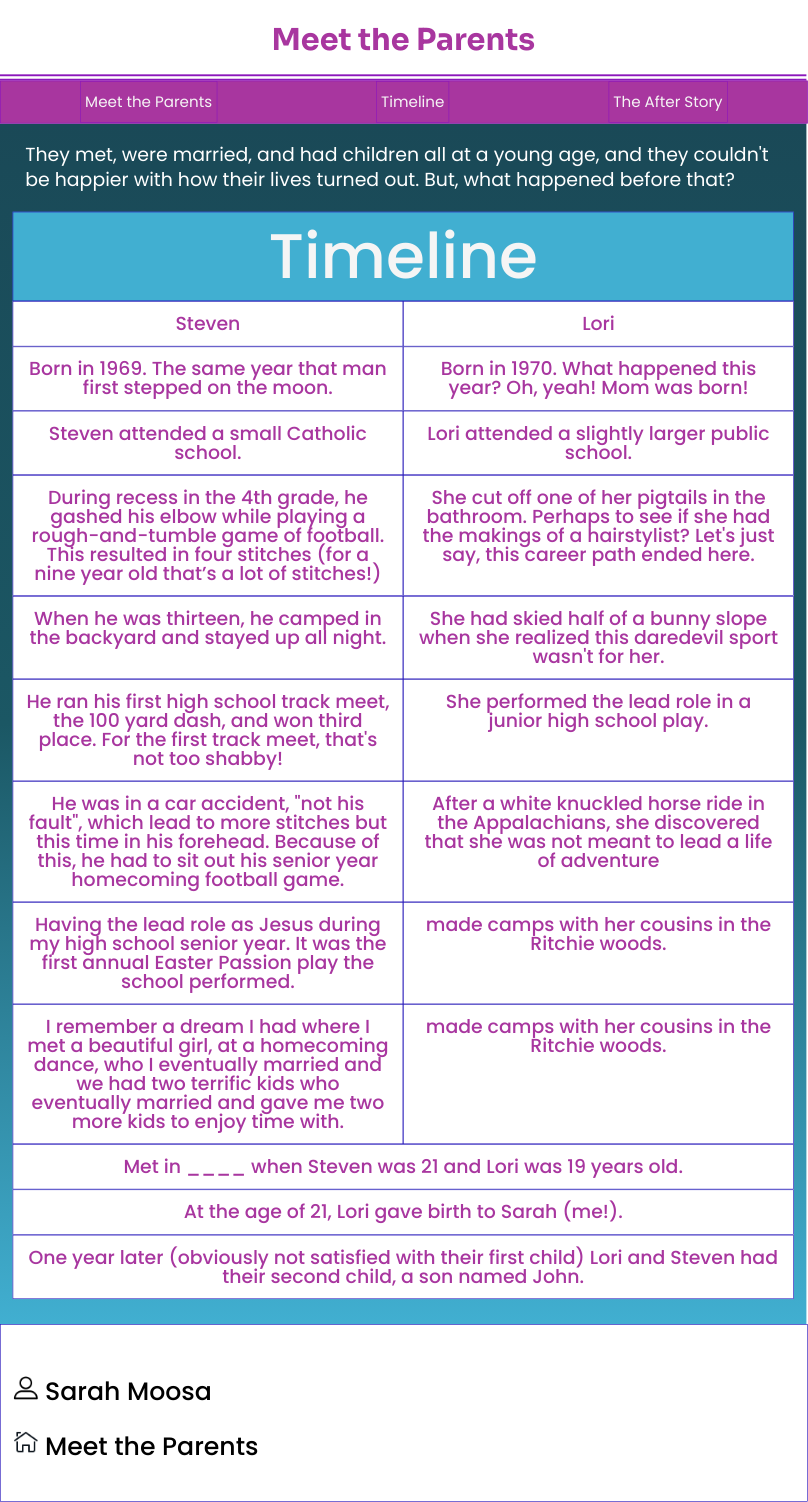
Repository: Sbethm/parents-tribute
Page: timeline.html
The author's editor kept a copy of each file at every save. The page is drawn from the files as they stood at one save, then again after the next save.
The browser window is 1280 px wide. The page is 1282 px wide, so the pictures cover 1282 px, including what lies to the right of the window. The pictures show the whole page, at 63% of full size.

Above is the page before, as saved 2021-02-11 17:27:59.

After the next save:
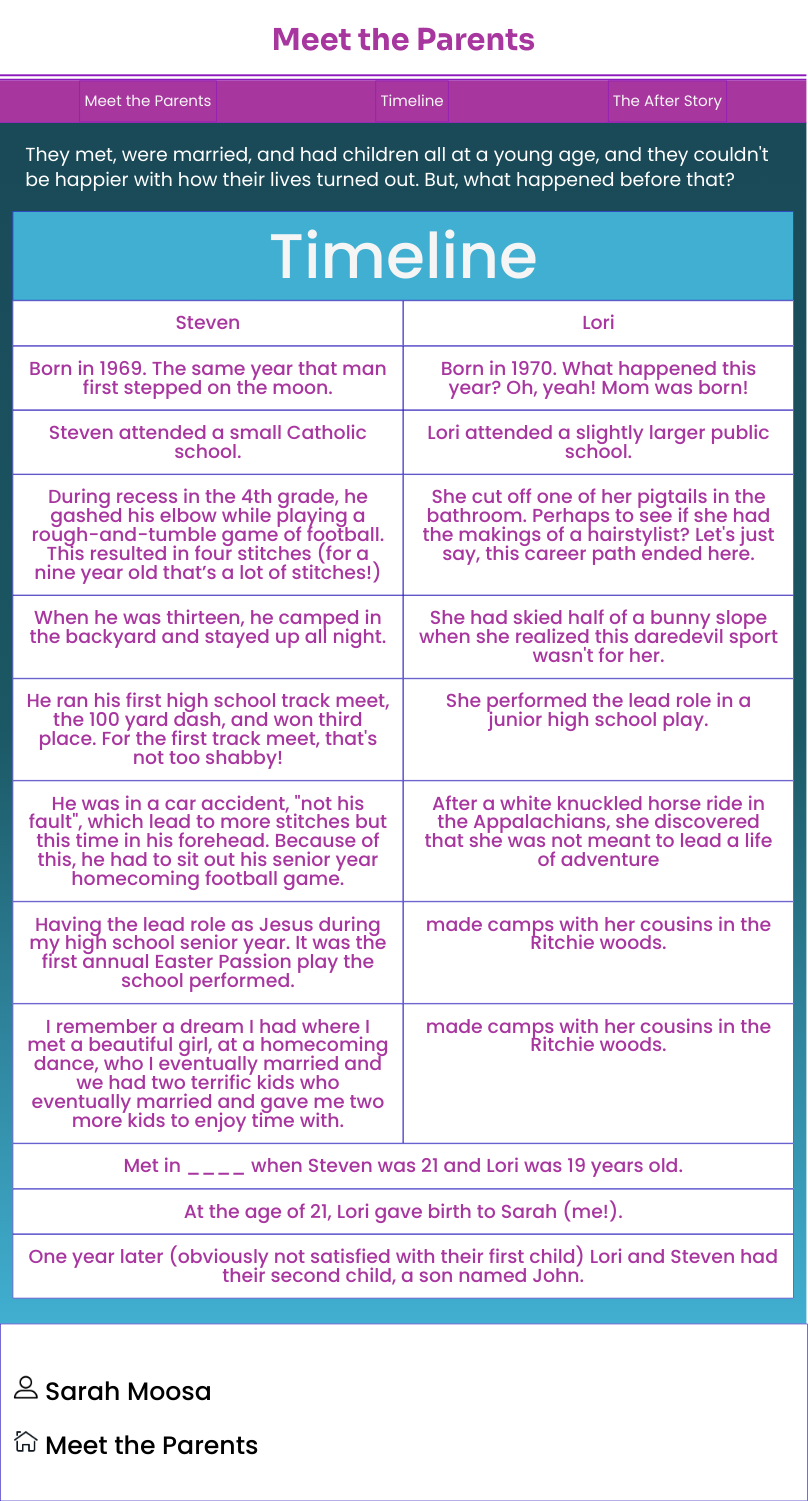
Saved 24 s later.
--- a/style.css
+++ b/style.css
@@ -138,7 +138,7 @@ h1 {
     width: 100%;
     background-color: rgb(168, 54, 159);
     text-align: center;
-    border: solid 1px rgb(140, 23, 187);
+    border-bottom: solid 1px rgb(140, 23, 187);
     display: flex;
     flex-direction: row;
     justify-content: space-around;
